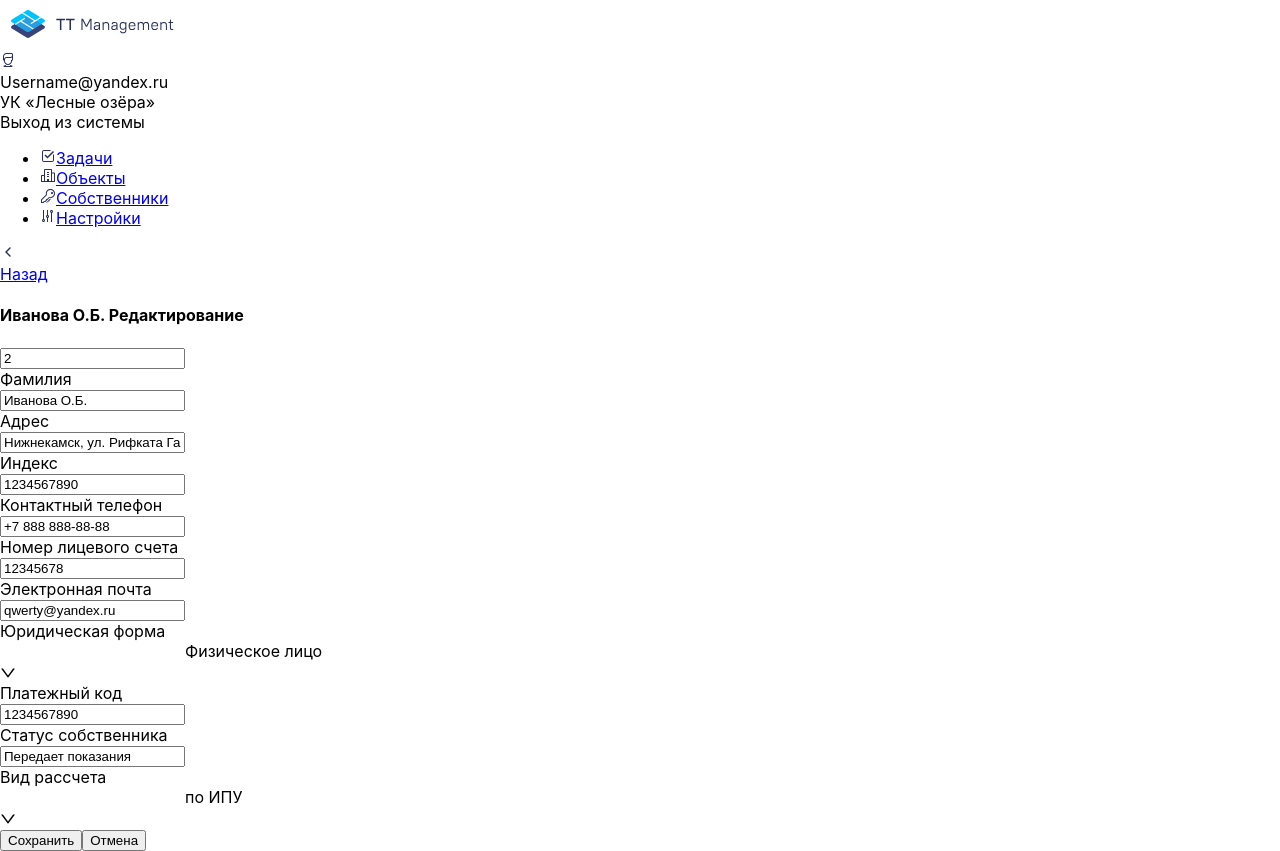
Repository: TryBr/tt-management
Page: /owners/1/edit
An editor plug-in stored every save of this project. The page is shown before and after the next save, followed by the edit.
The browser window is 1280 px wide. The pictures show the whole page.
The project was rebuilt for these pictures with package versions that can differ from the ones it lists, and the page was loaded fresh each time. Also part of the build but not shown: src/App.css, src/TaskDetail.js, src/Owners.js, src/OwnerDetail.js.

Above is the page before, as saved 2020-07-21 14:16:59.

After the next save:
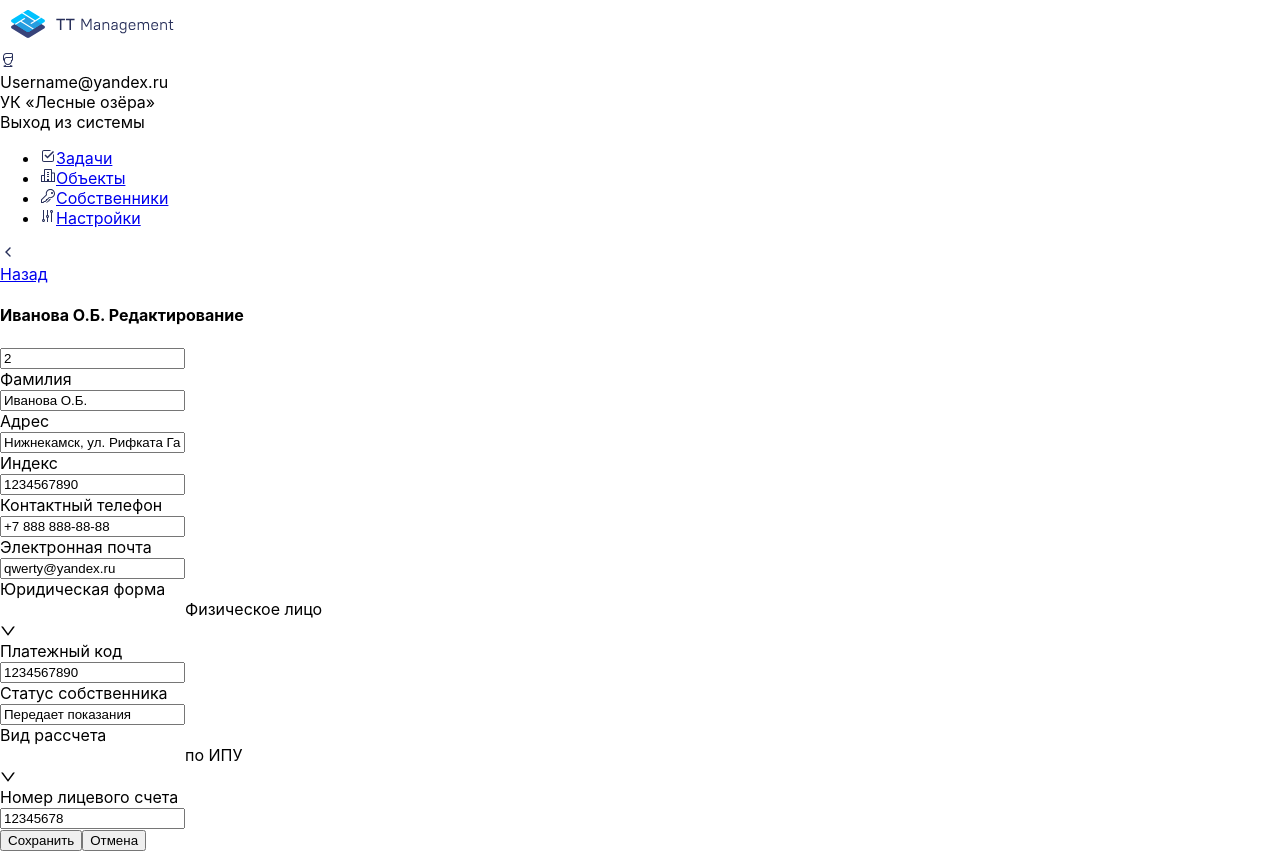
Saved 15 s later.
--- a/src/OwnerEdit.js
+++ b/src/OwnerEdit.js
@@ -59,9 +59,6 @@ const OwnerEdit = ({ owner, onOwnEdit }) => {
                             <Form.Item label="Контактный телефон" name="phone" initialValue={owner[id].phone}>
                                 <Input />
                             </Form.Item>
-                            <Form.Item label="Номер лицевого счета" name="accountNumber" initialValue={owner[id].accountNumber}>
-                                <Input />
-                            </Form.Item>
                             <Form.Item label="Электронная почта" name="email" initialValue={owner[id].email}>
                                 <Input />
                             </Form.Item>
@@ -83,6 +80,9 @@ const OwnerEdit = ({ owner, onOwnEdit }) => {
                                     <Option value="Наличные">Наличные</Option>
                                 </Select>
                             </Form.Item>
+                            <Form.Item label="Номер лицевого счета" name="accountNumber" initialValue={owner[id].accountNumber}>
+                                <Input />
+                            </Form.Item>
 
 
                             <Form.Item>
